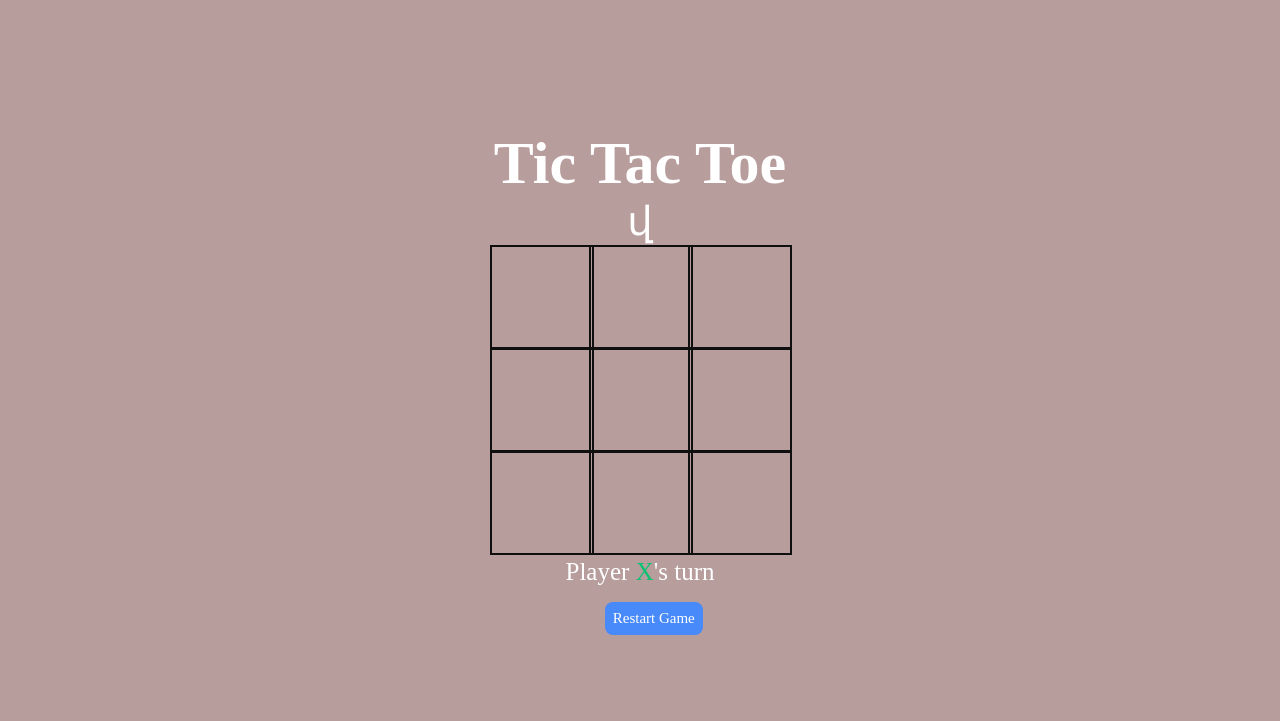
Repository: sedashahnazaryan/tic-tac-too
Page: index.html
These files come from the project's save history. The page is drawn as it stood at one moment and after the next save; the edit follows.
The browser window is 1280 px wide. The pictures show the whole page.

Above is the page before, as saved 2022-02-01 01:31:41.

### index.html
<!DOCTYPE html>
<html lang="en">
  <head>
    <meta charset="UTF-8" />
    <meta http-equiv="X-UA-Compatible" content="IE=edge" />
    <meta name="viewport" content="width=device-width, initial-scale=1.0" />
    <link rel="stylesheet" href="./index.css" />
    <title>Tic-Tac-Toe</title>
  </head>
  <main class="background">
    <section class="title">
        <h1>Tic Tac Toe</h1> վ
    </section>

    <section class="container">
        <div class="tile"></div>
        <div class="tile"></div>
        <div class="tile"></div>
        <div class="tile"></div>
        <div class="tile"></div>
        <div class="tile"></div>
        <div class="tile"></div>
        <div class="tile"></div>
        <div class="tile"></div>
    </section>
    <section class="display">
        Player <span class="display-player playerX">X</span>'s turn
    </section>
    <section class="display announcer hide"></section>
    <section class="controls">
        <button id="restart">Restart Game</button>
    </section>
</main>
  <body>
    <script src="index.js"></script>
  </body>
</html>

### index.css
* {
    padding: 0;
    margin: 0;
    font-family: 'Itim', cursive;
}
.background{
    background-color: #b89d9d;
    height: 100vh;
    padding-top: 1px;
}
.title{
    color: white;
    text-align: center;
    font-size: 40px;
    margin-top: 10%;
}
.display
{
    color:white;
    font-size: 25px;
    text-align: center;
    margin-top: 1px;
    margin-bottom: 1pc;
}
.hide{
    display: none;
}
.container {
    margin: 0 auto;
    display: grid;
    grid-template-columns: 33% 33% 33%;
    grid-template-rows: 33% 33% 33%;
    max-width: 300px;
}
.tile {
    border: 2px solid rgb(15, 15, 15);
    min-width: 100px;
    min-height: 100px;
    display: flex;
    justify-content: center;
    align-items: center;
    font-size: 50px;
    cursor: pointer;
}
.playerX {
    color: #09C372;
}

.playerO {
    color: #498AFB;
}
.contrtols{
    display: flex;
    flex-direction: row;
    justify-content:center;
    align-items: center;
    margin-top: 1cm;
}
#restart{
    background-color: #498AFB;
    color: white;
    padding: 8px;
    border-radius: 8px;
    border: none;
    font-size: 15px;
    margin-left: 16cm;
    cursor: pointer;

}

### index.js
window.addEventListener('DOMContentLoaded', () => {
    const tiles = Array.from(document.querySelectorAll('.tile'));
const playerDisplay = document.querySelector('.display-player');
const restartButton = document.querySelector('#restart');
const announcer = document.querySelector('.announcer');

let board = ['', '', '', '', '', '', '', '', ''];
let currentPlayer = 'X';
let isGameActive = true;

const PLAYERX_WON = 'PLAYERX_WON';
const PLAYERO_WON = 'PLAYERO_WON';
const TIE = 'TIE';

const winningConditions = [
    [0, 1, 2],
    [3, 4, 5],
    [6, 7, 8],
    [0, 3, 6],
    [1, 4, 7],
    [2, 5, 8],
    [0, 4, 8],
    [2, 4, 6]
 ];
 function handleResultValidation() {
    let roundWon = false;
    for (let i = 0; i <= 7; i++) {
      const winCondition = winningConditions[i];
      const a = board[winCondition[0]];
      const b = board[winCondition[1]];
      const c = board[winCondition[2]];
      if (a === "" || b === "" || c === "") {
        continue;
      }
      if (a === b && b === c) {
        roundWon = true;
        break;
      }
    }

    if (roundWon) {
      announce(currentPlayer === "X" ? PLAYERX_WON : PLAYERO_WON);
      isGameActive = false;
      return;
    }

    if (!board.includes(""))
    announce(TIE);
  }
 const announce = (type) => {
    switch(type){
       case PLAYERO_WON:
            announcer.innerHTML = 'Player <span class="playerO">O</span> Won';
            break;
       case PLAYERX_WON:
            announcer.innerHTML = 'Player <span class="playerX">X</span> Won';
            break;
       case TIE:
            announcer.innerText = 'Tie';
        }
    announcer.classList.remove('hide');
};
const isValidAction = (tile) => {
    if (tile.innerText === 'X' || tile.innerText === 'O'){
        return false;
    }

    return true;
};
const updateBoard =  (index) => {
    board[index] = currentPlayer;
 }
 const changePlayer = () => {
    playerDisplay.classList.remove(`player${currentPlayer}`);
    currentPlayer = currentPlayer === 'X' ? 'O' : 'X';
    playerDisplay.innerText = currentPlayer;
    playerDisplay.classList.add(`player${currentPlayer}`);
}
 const userAction = (tile, index) => {
    if (isValidAction(tile) && isGameActive) {
      tile.innerText = currentPlayer;
      tile.classList.add(`player${currentPlayer}`);
      updateBoard(index);
      handleResultValidation();
      changePlayer();
    }
  };
  const restartBoard = () => {
    board = ['', '', '', '', '', '', '', '', ''];
    isGameActive = true;
    announcer.classList.add('hide');

    if (currentPlayer === 'O') {
        changePlayer();
    }

    tiles.forEach(tile => {
        tile.innerText = '';
        tile.classList.remove('playerX');
        tile.classList.remove('playerO');
    });
}
 tiles.forEach( (tile, index) => {
    tile.addEventListener('click', () => userAction(tile, index));
});
    restartButton.addEventListener('click', restartBoard);

  });



// let board =[
//     ["-","-","-"],
//     ["-","-","-"],
//     ["-","-","-"]
// ];
// let boardStr =board[0].join(" ")+
// "\n"+
// board[1].join(" ")+
// "\n"+
// board[2].join(" ");

After the next save:
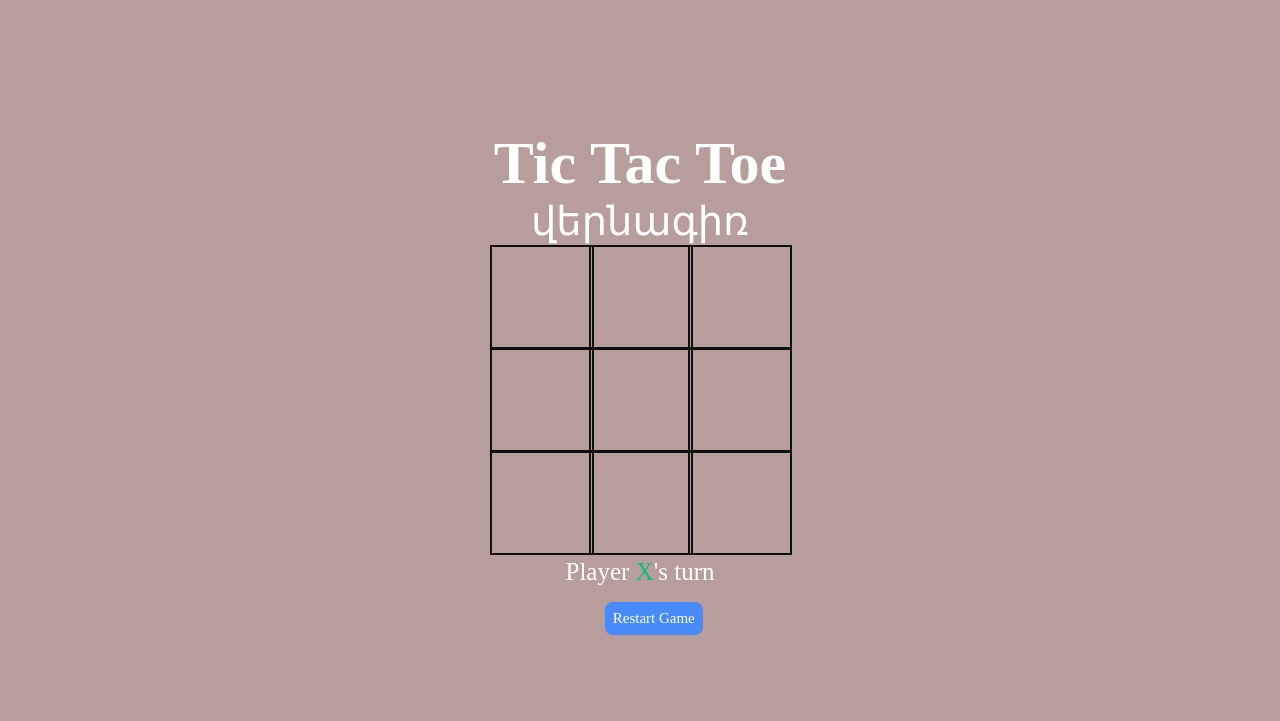
Saved 4 s later.
--- a/index.html
+++ b/index.html
@@ -9,7 +9,7 @@
   </head>
   <main class="background">
     <section class="title">
-        <h1>Tic Tac Toe</h1> վ
+        <h1>Tic Tac Toe</h1> վերնագիռ
     </section>
 
     <section class="container">
